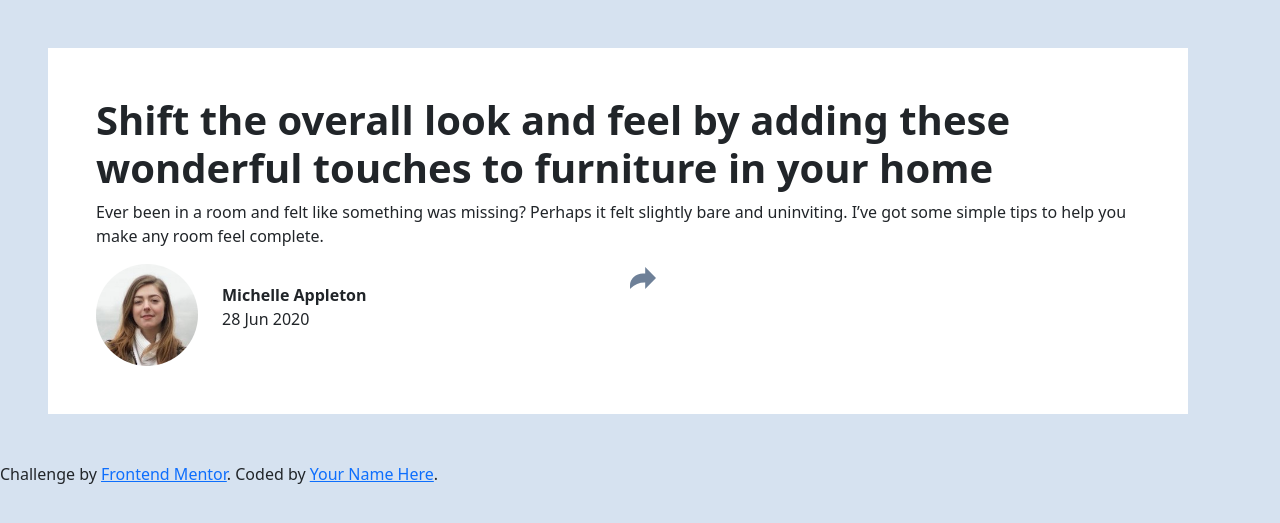
Repository: blordeus/article-preview-component
Page: index.html
An editor plug-in stored every save of this project. The page is shown before and after the next save, followed by the edit.
The browser window is 1280 px wide. The pictures show the whole page.

Above is the page before, as saved 2024-05-17 10:59:08.

After the next save:
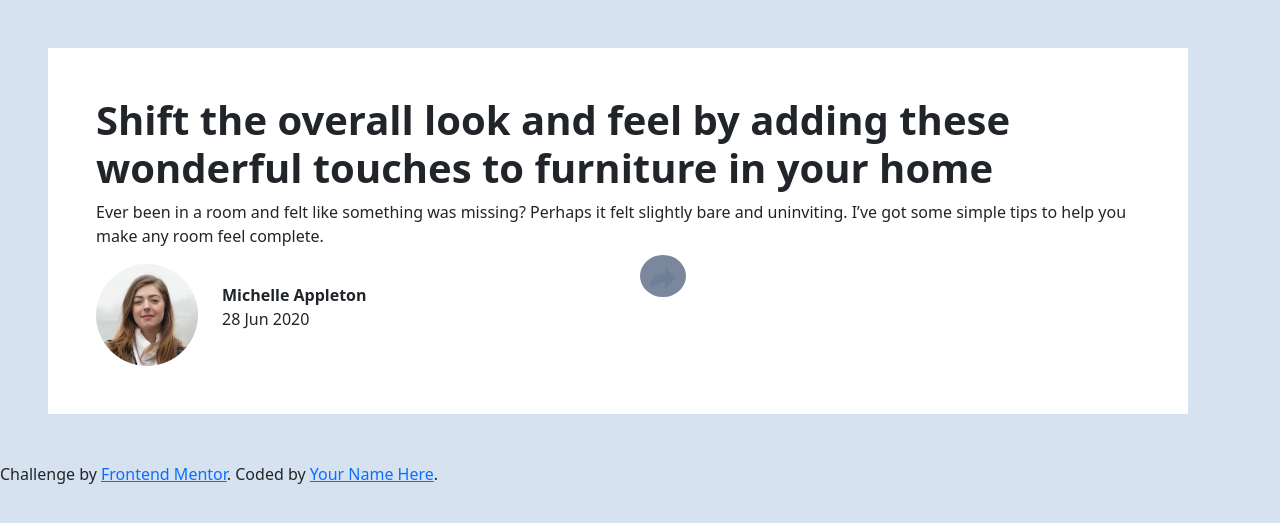
Saved 8 s later.
--- a/index.html
+++ b/index.html
@@ -31,7 +31,7 @@
             </div>
           </div>
           <div class="col">
-            <span><img id="share" src="./images/icon-share.svg" alt="share"></span>
+            <span class="share-background"><img id="share" src="./images/icon-share.svg" alt="share"></span>
           </div>
         </div>
       </div>
